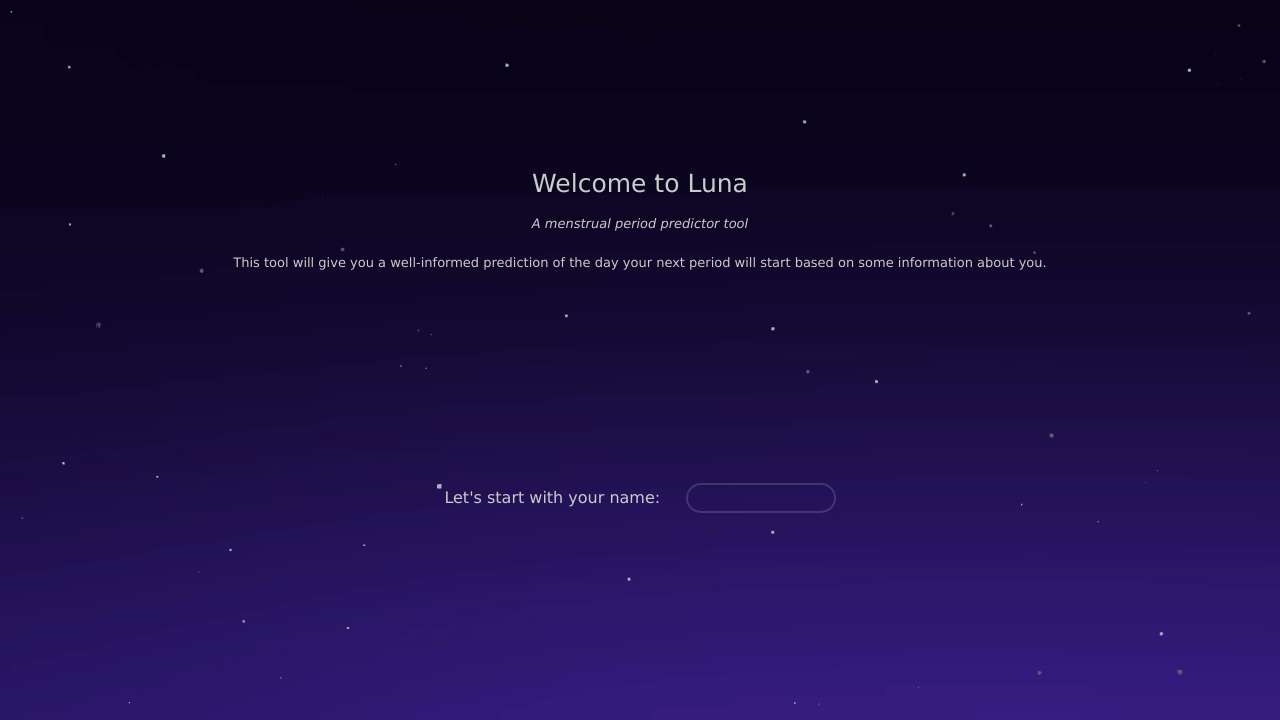
Repository: kholl28/luna-app
Page: / (app in frontend/)
The author's editor kept a copy of each file at every save. The page is drawn from the files as they stood at one save, then again after the next save.
The browser window is 1280 px wide. The pictures show the whole page.
The project was rebuilt for these pictures with package versions that can differ from the ones it lists, and the page was loaded fresh each time. The framework's server and built-in components were replaced by stand-ins that run in the browser. Also part of the build but not shown: frontend/next.config.mjs, frontend/src/app/pages/input.js, frontend/src/app/pages/demos.js, frontend/src/app/components/PredictionChart.jsx, frontend/src/app/pages/prediction.js.

Above is the page before, as saved 2025-05-14 12:04:15.

### frontend/src/app/page.js
"use client";// App.js

// import { BrowserRouter, Routes, Route } from 'react-raouter-dom';
import Link from 'next/link';
import Homepage from './pages/homepage';
import Input from './pages/input';
import Demos from './pages/demos';
import Prediction from './pages/prediction';

import {useState, useEffect} from 'react';

import './app.css'
import './globals.css'

function App() {
    // return (<div>
    //       <Link href="/" element={<Homepage />} />
    //       <Link href="/homepage" element={<Homepage />} />
    //       <Link href="/input" element={<Input />} />
    //   </div>);

    const [currentPage, setCurrentPage] = useState('homepage');
    const [UserName, setName] = useState('');
    const [Age, setAge] = useState('');
    const [Feet, setFeet] = useState('');
    const [Inches, setInches] = useState('');
    const [Weight, setWeight] = useState('');
    const [demoError, setDemoError] = useState('');

    const [date, setDate] = useState([]);
    const [secondDate, setSecondDate] = useState([]);
    const [thirdDate, setThirdDate] = useState([]);
    const [dateError, setDateError] = useState(''); // error for first and second date
    const [date2Error, setDate2Error] = useState(''); // error for second and third date

    const [result, setResult] = useState(''); // prediction result

    useEffect(() => {
        console.log("Date updated:", thirdDate);
    }, [thirdDate])

    if (currentPage === 'homepage') {
        return <Homepage currentPage={currentPage} setCurrentPage={setCurrentPage} UserName={UserName} setName={setName}/>;

    } else if (currentPage === 'demos') {
        // console.log("Demos page has loaded");
        return <Demos
          currentPage={currentPage}
          setCurrentPage={setCurrentPage}
          UserName={UserName}
          setAge={setAge}
          setFeet={setFeet}
          setInches={setInches}
          setWeight={setWeight}
        />;
    } else if (currentPage === 'input') {
        return <Input
          currentPage={currentPage}
          setCurrentPage={setCurrentPage}
          Age={Age}  // Make sure this matches the state variable name
          setAge={setAge}
          Feet={Feet}
          setFeet={setFeet}
          Inches={Inches}
          setInches={setInches}
          Weight={Weight}
          setWeight={setWeight}
          date={date}
          setDate={setDate}
          secondDate={secondDate}
          setSecondDate={setSecondDate}
          thirdDate={thirdDate}
          setThirdDate={setThirdDate}
          dateError={dateError}
          setDateError={setDateError}
          date2Error={date2Error}
          setDate2Error={setDate2Error}
          setResult={setResult}
        />;
    } else if (currentPage === 'prediction') {
        return <Prediction currentPage={currentPage} setCurrentPage={setCurrentPage}
        result = {result} setResult = {setResult}
        UserName={UserName} setName={setName}
        />;
    }


}

export default App;

### frontend/src/app/globals.css
@import "tailwindcss";
@import '@fontsource/roboto/300.css';
@import '@fontsource/roboto/400.css';
@import '@fontsource/roboto/500.css';
@import '@fontsource/roboto/700.css';

:root {
  --background: url("/background.gif"); /* background image */
  --foreground: #cbcbcb;
}

:root {
  --color-background: var(--background);
  --color-foreground: var(--foreground);
  --font-geist-sans: 'Roboto', sans-serif;
  --font-geist-mono: 'Courier New', monospace;
  --font-sans: var(--font-geist-sans);
  --font-mono: var(--font-geist-mono);
}

@media (prefers-color-scheme: dark) {
  :root {
    --background: #0a0a0a;
    --foreground: #ededed;
  }
}

body {
  background: var(--background);
  background-size: cover;
  color: var(--foreground);
  font-family: Segoe UI;
}

/* --------------------------- */

/* TEXT */

/* x-small text */
.verdana-xs {
  font-family: 'Verdana';
  font-weight: normal;
  font-style: normal;
  font-size: 13px
}

.verdana-xs-italic {
  font-family: 'Verdana';
  font-weight: normal;
  font-style: italic;
  font-size: 13px
}

.verdana-s {
  font-family: 'Verdana';
  font-weight: normal;
  font-style: italic;
  font-size: 14px
}

.verdana-s-normal {
  font-family: 'Verdana';
  font-weight: normal;
  font-style: normal;
  font-size: 14px
}

/* small text */
.verdana-small {
  font-family: 'Verdana';
  font-weight: normal;
  font-style: normal;
  font-size: 16px
}

/* large text */
.verdana-large {
  font-family: 'Verdana';
  font-weight: normal;
  font-style: normal;
  font-size: 20px;
}

/* XL text */
.verdana-xl {
  font-family: 'Verdana';
  font-weight: normal;
  font-style: normal;
  font-size: 25px;
}

/* --------------------------- */

/* CONTAINERS */

/* containers */

.cycle_container {
  flex: 1;
  display: 'flex';
  border: '1px solid transparent';
  padding: '1rem';
  margin: '1rem';
  border-radius: '8px';
  background: '#f9f9f9';
}

/* input boxes */

/* smallest box for numbers with 1 digits max*/
#ip0 {
  border-radius: 20px;
  border: 2px solid rgba(196, 196, 196, 0.2);
  padding: 13px;
  width: 45px;
  height: 8px;
}

/* small box for numbers with 2 digits max*/
#ip1 {
  border-radius: 20px;
  border: 2px solid rgba(196, 196, 196, 0.2);
  padding: 13px;
  width: 55px;
  height: 8px;
}

/* medium box for numbers with 3 digits max*/
#ip2 {
  border-radius: 20px;
  border: 2px solid rgba(196, 196, 196, 0.2);
  padding: 13px;
  width: 65px;
  height: 8px;
}

/* large box for text */
#ip3 {
  border-radius: 20px;
  border: 2px solid rgba(196, 196, 196, 0.2);
  padding: 13px;
  width: 150px;
  height: 8px;
}

/* input box textfields */

/* Chrome, Safari, Edge, Opera */
input::-webkit-outer-spin-button,
input::-webkit-inner-spin-button {
  -webkit-appearance: none;
  margin: 0;
}

/* Firefox */
input[type=number] {
  appearance: textfield;
  -moz-appearance: textfield;
}

/* --------------------------- */

/* padding & positioning */

.padding-class {
  padding-bottom: 100px;
}

.padding-class-less {
  padding-bottom: 50px;
}

.padding-class-top-less {
  padding-top: 50px;
}

.padding-class-left {
  padding-left: 50px;
}

.padding-class-bottom {
  padding-bottom: 10px;
}

.padding-class-top {
  padding-top: 100px;
  padding-bottom: 10px;
}

.padding-class-toppest {
  padding-top: 120px;
  padding-bottom: 50px;
}

.padding-class-aroundish {
  padding-bottom: 10px;
  padding-top: 1px;
}

.padding-class-around {
  padding-bottom: 10px;
  padding-top: 10px;
}

.padding-class-arounder {
  padding-bottom: 10px;
  padding-top: 20px;
}

.padding-class-aroundest {
  padding-bottom: 110px;
  padding-top: 10px;
}

/* --------------------------- */

/* fade-in animation */

@keyframes fadeIn {
  from { opacity: 0; }
  to { opacity: 1; }
}

.hidden-text {
  visibility: hidden;
  opacity: 0;
  transition: opacity 2s ease-in; /* 3 second ease in */
}

.hidden-text_none {
  visibility: none;
  opacity: 0;
  transition: opacity 2s ease-in; /* 3 second ease in */
}

.fade-text {
  opacity: 0;
  transition: opacity 1.5s ease-in; /* 1.5 second ease in */
}

.fade-text2 {
  opacity: 0;
  transition: opacity 4s ease-in; /* 3 second ease in */
}

.fade-text3 {
  opacity: 0;
  transition: opacity 8s ease-in; /* 3 second ease in */
}

.fade-text.visible {
  opacity: 1;
}

.fade-text2.visible {
  opacity: 1;
}

.fade-text3.visible {
  opacity: 1;
}

/* --------------------------- */

/* react calendar */

.hidden-date {
  visibility: hidden;
  opacity: 0;
  transition: opacity 2s ease-in; /* 3 second ease in */
}

.react-calendar {
  width: 437.5px; /* Increased by 1.25 times */
  max-width: 100%;
  background-color: #1f4370;
  color: #f8f8f9;
  border-radius: 8px;
  box-shadow: 0 12px 24px rgba(0, 0, 0, 0.2);
  font-family: -apple-system, BlinkMacSystemFont, Segoe UI, Roboto, Helvetica Neue, Arial, sans-serif;
  line-height: 3.125em; /* Increased by 1.25 times */
}
.react-calendar__navigation button {
  color: #f8f8f9;
  font-weight: bold;
  min-width: 55px; /* Increased by 1.25 times */
  background: none;
  font-size: 21.25px; /* Increased by 1.25 times */
  margin-top: 10px; /* Increased by 1.25 times */
}
.react-calendar__navigation button:enabled:hover,
.react-calendar__navigation button:enabled:focus {
  background-color: #6f48eb33;
}
.react-calendar__navigation button[disabled] {
  background-color: #1f4370;
}
abbr[title] {
  text-decoration: none;
}
/* .react-calendar__month-view__days__day--weekend {
  color: #d10000;
} */

.react-calendar__tile:enabled:hover,
.react-calendar__tile:enabled:focus {
  background: #ffd392;
  color: #13294b;
  border-radius: 7.5px; /* Increased by 1.25 times */
}
.react-calendar__tile--now {
  background: #6f48eb33;
  border-radius: 7.5px; /* Increased by 1.25 times */
  color: #000000;
}
.react-calendar__tile--now:enabled:hover,
.react-calendar__tile--now:enabled:focus {
  background: #6f48eb33;
  border-radius: 7.5px; /* Increased by 1.25 times */
  font-weight: bold;
  color: #f2a499;
}
.react-calendar__tile--hasActive:enabled:hover,
.react-calendar__tile--hasActive:enabled:focus {
  background: #f8f8fa;
}
.react-calendar__tile--active {
  background: #f2a499;
  border-radius: 7.5px; /* Increased by 1.25 times */
  font-weight: bold;
  color: #b93320;
}
.react-calendar__tile--active:enabled:hover,
.react-calendar__tile--active:enabled:focus {
  background: #f2a499;
  color: #b93320;
}
.react-calendar--selectRange .react-calendar__tile--hover {
  background: #fee2c0;
  color: #13294b;
}
.react-calendar__tile--range {
  background: #ffd1d1;
  color: #b93320;
  border-radius: 0;
}
.react-calendar__tile--rangeStart {
  border-top-right-radius: 0;
  border-bottom-right-radius: 0;
  border-top-left-radius: 7.5px; /* Increased by 1.25 times */
  border-bottom-left-radius: 7.5px; /* Increased by 1.25 times */
  background: #f2a499;
  color: #b93320;
}
.react-calendar__tile--rangeEnd {
  border-top-left-radius: 0;
  border-bottom-left-radius: 0;
  border-top-right-radius: 7.5px; /* Increased by 1.25 times */
  border-bottom-right-radius: 7.5px; /* Increased by 1.25 times */
  background: #f2a499;
  color: #b93320;
}

 /* --------------------------- */

### frontend/src/app/pages/homepage.js
// "use client"; // This is a client component 👈🏽

import Image from "next/image";

import React, { useEffect, useState } from 'react';

import Button from '@mui/material/Button';

// import Typewriter from '../components/Typewriter';

// import '../globals.css';
import '../app.css';

import { useRouter } from 'next/navigation';

function Homepage({ currentPage, setCurrentPage, UserName, setName }) {
  // const [UserName, setName] = useState('');
  const [visible, setVisible] = useState(false);

    useEffect(() => {
      // Trigger fade-in when component mounts
      setVisible(true);
    }, []);

  // Log the name whenever it changes
  React.useEffect(() => {
    console.log("Name updated:", UserName);
  }, [UserName]);

  const router = useRouter();

  const handleSubmit = (event) => {
    setCurrentPage("demos");
  };

  return (
  <div style={{
    display: 'flex',
    flexDirection: 'column',
    justifyContent: 'center',
    alignItems: 'center',
    height: '100vh',
    textAlign: 'center',
  }}>
    <div className={`fade-text ${visible ? 'visible' : ''}`}>
      <p className={`verdana-xl padding-class-arounder`}>
        Welcome to Luna
      </p>
    </div>
    <div className={`fade-text2 ${visible ? 'visible' : ''}`}>
      <p className={`verdana-xs-italic padding-class-aroundish`}>
        A menstrual period predictor tool
      </p>
      <p className={`verdana-xs padding-class-aroundest`}>
      This tool will give you a well-informed prediction of the day your next period will start based on some information about you.
      </p>
      </div>
      <div className={`verdana-small padding-class-top fade-text3 ${visible ? 'visible' : ''}`}>
        <form onSubmit={handleSubmit}>
          <div>
            <label htmlFor="UserName">Let's start with your name: &nbsp;  &nbsp;  </label>
            <input
              type="text"
              id="ip3"
              value={UserName}
              onChange={(event) => setName(event.target.value)}
              required
            />
          </div>
        </form>

        <div style={{ display: 'flex', justifyContent: 'center', alignItems: 'center', marginTop: '1rem' }}>
          <Button onClick={handleSubmit} className={`verdana-small ${UserName.length > 0 ? '' : 'hidden-text'}`}>
            Next
          </Button>
        </div>
      </div>
    </div>
  );
}

export default Homepage;

### frontend/src/app/app.css
@import "tailwindcss";
@import '@fontsource/roboto/300.css';
@import '@fontsource/roboto/400.css';
@import '@fontsource/roboto/500.css';
@import '@fontsource/roboto/700.css';

:root {
  --background: url("/background.gif"); /* Replace with a valid color or CSS value */
  --foreground: #cbcbcb;
}

:root {
  --color-background: var(--background);
  --color-foreground: var(--foreground);
  --font-geist-sans: 'Roboto', sans-serif;
  --font-geist-mono: 'Courier New', monospace;
  --font-sans: var(--font-geist-sans);
  --font-mono: var(--font-geist-mono);
}

@media (prefers-color-scheme: dark) {
  :root {
    --background: #0a0a0a;
    --foreground: #ededed;
  }
}

body {
  background: var(--background);
  background-size: cover;
  color: var(--foreground);
  font-family: Segoe UI;
}

/* --------------------------- */

/* TEXT */

/* x-small text */
.verdana-xs {
  font-family: 'Verdana';
  font-weight: normal;
  font-style: normal;
  font-size: 13px
}

/* small text */
.verdana-small {
  font-family: 'Verdana';
  font-weight: normal;
  font-style: normal;
  font-size: 16px
}

/* large text */
.verdana-large {
  font-family: 'Verdana';
  font-weight: normal;
  font-style: normal;
  font-size: 20px;
}

/* XL text */
.verdana-xl {
  font-family: 'Verdana';
  font-weight: normal;
  font-style: normal;
  font-size: 25px;
}

/* --------------------------- */

/* CONTAINERS */

/* containers */

.cycle_container {
  flex: 1;
  display: 'flex';
  border: '1px solid transparent';
  padding: '1rem';
  margin: '1rem';
  border-radius: '8px';
  background: '#f9f9f9';
}

/* input boxes */

/* small box for numbers with 2 digits max*/
#ip1 {
  border-radius: 20px;
  border: 2px solid rgba(196, 196, 196, 0.2);
  padding: 13px;
  width: 70px;
  height: 8px;
}

/* medium box for numbers with 3 digits max*/
#ip2 {
  border-radius: 20px;
  border: 2px solid rgba(196, 196, 196, 0.2);
  padding: 13px;
  width: 80px;
  height: 8px;
}

/* large box for text */
#ip3 {
  border-radius: 20px;
  border: 2px solid rgba(196, 196, 196, 0.2);
  padding: 13px;
  width: 150px;
  height: 8px;
}

/* input box textfields */

/* Chrome, Safari, Edge, Opera */
input::-webkit-outer-spin-button,
input::-webkit-inner-spin-button {
  -webkit-appearance: none;
  margin: 0;
}

/* Firefox */
input[type=number] {
  appearance: textfield;
  -moz-appearance: textfield;
}

/* --------------------------- */

/* padding & positioning */

.padding-class {
  padding-bottom: 100px;
}

.padding-class-less {
  padding-bottom: 50px;
}

.padding-class-top-less {
  padding-top: 50px;
}

.padding-class-left {
  padding-left: 50px;
}

.padding-class-bottom {
  padding-bottom: 10px;
}

.padding-class-top {
  padding-top: 100px;
  padding-bottom: 10px;
}

.padding-class-around {
  padding-bottom: 10px;
  padding-top: 10px;
}

/* --------------------------- */

/* fade-in animation */

.fade-text {
  opacity: 0;
  transition: opacity 1.5s ease-in; /* 1.5 second ease in */
}

.fade-text2 {
  opacity: 0;
  transition: opacity 4s ease-in; /* 4 second ease in */
}

.fade-text.visible {
  opacity: 1;
}

.fade-text2.visible {
  opacity: 1;
}

/* --------------------------- */

/* react calendar */

.hidden-date {
  opacity: 0;
}

.hidden-text {
  opacity: 0;
  transition: opacity 1.5s ease-in; /* 3 second ease in */
}

.react-calendar {
  width: 437.5px; /* Increased by 1.25 times */
  max-width: 100%;
  background-color: #1f4370;
  color: #f8f8f9;
  border-radius: 8px;
  box-shadow: 0 12px 24px rgba(0, 0, 0, 0.2);
  font-family: -apple-system, BlinkMacSystemFont, Segoe UI, Roboto, Helvetica Neue, Arial, sans-serif;
  line-height: 3.125em; /* Increased by 1.25 times */
}
.react-calendar__navigation button {
  color: #f8f8f9;
  font-weight: bold;
  min-width: 55px; /* Increased by 1.25 times */
  background: none;
  font-size: 21.25px; /* Increased by 1.25 times */
  margin-top: 10px; /* Increased by 1.25 times */
}
.react-calendar__navigation button:enabled:hover,
.react-calendar__navigation button:enabled:focus {
  background-color: #f8f8fa;
}
.react-calendar__navigation button[disabled] {
  background-color: #f0f0f0;
}
abbr[title] {
  text-decoration: none;
}
/* .react-calendar__month-view__days__day--weekend {
  color: #d10000;
} */

.react-calendar__tile:enabled:hover,
.react-calendar__tile:enabled:focus {
  background: #ffd392;
  color: #13294b;
  border-radius: 7.5px; /* Increased by 1.25 times */
}
.react-calendar__tile--now {
  background: #6f48eb33;
  border-radius: 7.5px; /* Increased by 1.25 times */
  color: #000000;
}
.react-calendar__tile--now:enabled:hover,
.react-calendar__tile--now:enabled:focus {
  background: #6f48eb33;
  border-radius: 7.5px; /* Increased by 1.25 times */
  font-weight: bold;
  color: #f2a499;
}
.react-calendar__tile--hasActive:enabled:hover,
.react-calendar__tile--hasActive:enabled:focus {
  background: #f8f8fa;
}
.react-calendar__tile--active {
  background: #f2a499;
  border-radius: 7.5px; /* Increased by 1.25 times */
  font-weight: bold;
  color: #b93320;
}
.react-calendar__tile--active:enabled:hover,
.react-calendar__tile--active:enabled:focus {
  background: #f2a499;
  color: #b93320;
}
.react-calendar--selectRange .react-calendar__tile--hover {
  background: #fee2c0;
  color: #13294b;
}
.react-calendar__tile--range {
  background: #ffd1d1;
  color: #b93320;
  border-radius: 0;
}
.react-calendar__tile--rangeStart {
  border-top-right-radius: 0;
  border-bottom-right-radius: 0;
  border-top-left-radius: 7.5px; /* Increased by 1.25 times */
  border-bottom-left-radius: 7.5px; /* Increased by 1.25 times */
  background: #f2a499;
  color: #b93320;
}
.react-calendar__tile--rangeEnd {
  border-top-left-radius: 0;
  border-bottom-left-radius: 0;
  border-top-right-radius: 7.5px; /* Increased by 1.25 times */
  border-bottom-right-radius: 7.5px; /* Increased by 1.25 times */
  background: #f2a499;
  color: #b93320;
}

 /* --------------------------- */

Loaded but not shown: frontend/src/app/layout.js (common file)

After the next save:
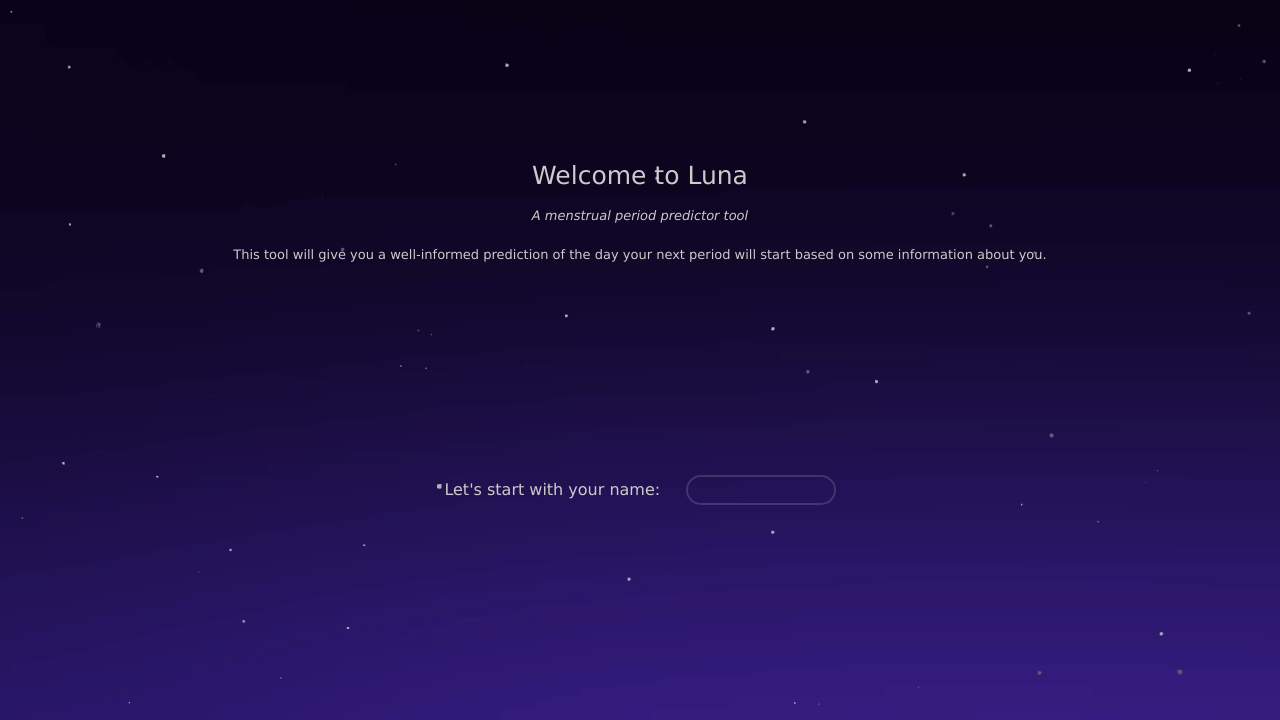
Saved 5 s later.
--- a/frontend/src/app/pages/homepage.js
+++ b/frontend/src/app/pages/homepage.js
@@ -69,7 +69,7 @@ function Homepage({ currentPage, setCurrentPage, UserName, setName }) {
           </div>
         </form>
 
-        <div style={{ display: 'flex', justifyContent: 'center', alignItems: 'center', marginTop: '1rem' }}>
+        <div style={{ display: 'flex', justifyContent: 'center', alignItems: 'center', marginTop: '2rem' }}>
           <Button onClick={handleSubmit} className={`verdana-small ${UserName.length > 0 ? '' : 'hidden-text'}`}>
             Next
           </Button>
